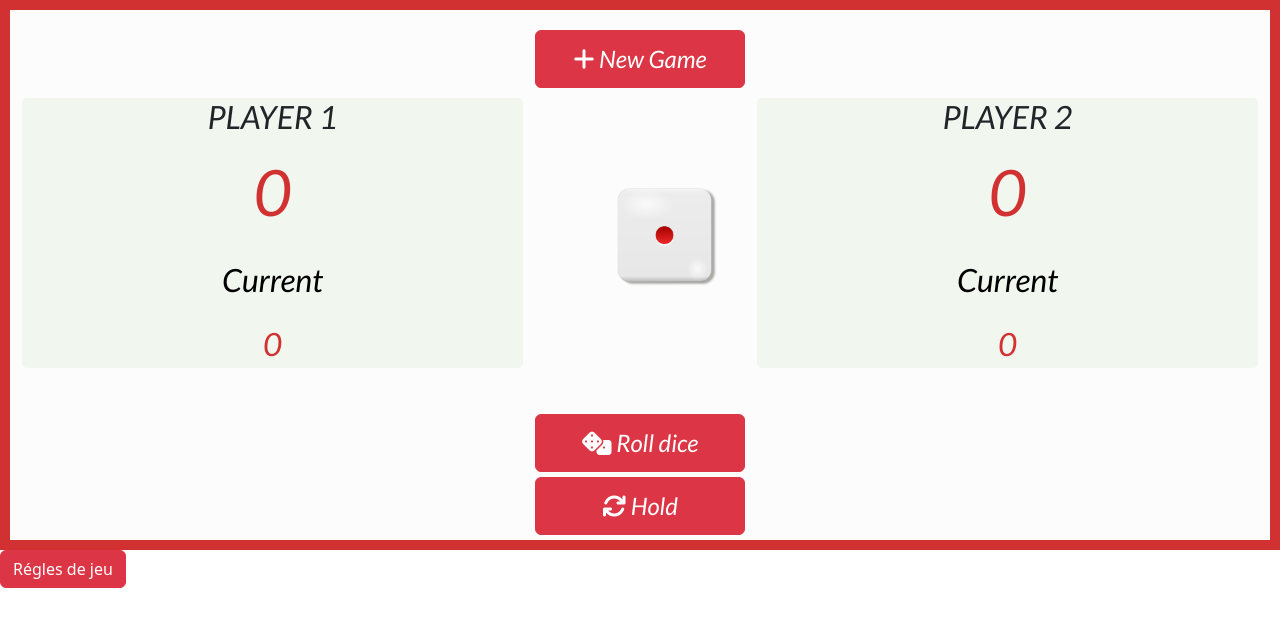
Repository: haifabilel/Eval_JAVASCRIPT
Page: index.html
An editor plug-in stored every save of this project. The page is shown before and after the next save, followed by the edit.
The browser window is 1280 px wide. The pictures show the whole page.
Some web libraries are served in a nearby version.

Above is the page before, as saved 2023-06-06 17:54:46.

### index.html
<!DOCTYPE html>
<html lang="fr">
<head>
    <meta charset="UTF-8">
    <meta http-equiv="X-UA-Compatible" content="IE=edge">
    <meta name="viewport" content="width=device-width, initial-scale=1.0">
    <title>GameEval</title>
    <!-- Bootstrap -->
    <link href="https://cdn.jsdelivr.net/npm/bootstrap@5.3.0-alpha3/dist/css/bootstrap.min.css" rel="stylesheet" integrity="sha384-KK94CHFLLe+nY2dmCWGMq91rCGa5gtU4mk92HdvYe+M/SXH301p5ILy+dN9+nJOZ" crossorigin="anonymous">
    <!-- Bootstrap icons CSS -->
    <link rel="stylesheet" href="https://cdn.jsdelivr.net/npm/bootstrap-icons@1.6.1/font/bootstrap-icons.css">
    <!-- font awesome cdn link-->
    <link rel="stylesheet" href="https://cdnjs.cloudflare.com/ajax/libs/font-awesome/6.3.0/css/all.min.css" integrity="sha512-SzlrxWUlpfuzQ+pcUCosxcglQRNAq/DZjVsC0lE40xsADsfeQoEypE+enwcOiGjk/bSuGGKHEyjSoQ1zVisanQ==" crossorigin="anonymous" referrerpolicy="no-referrer">
    <!-- CSS Link -->
    <link rel="stylesheet" href="style.css">
</head>
<body>
    <div class="container-fluid" >
     <header>
         <button class="btn btn_newGame btn-danger"><i class="fa-solid fa-plus"></i> New Game</button>
    </header>
    <main>
        <div class="row">
            <!-- Player One  -->
            <div class="col-xm-12 col-md-5 mx-auto " >
                <section class="player player_0 player_active">
                    <h2 class="label" id="label_0">PLAYER 1</h2>
                    <p class="score" id="score_0" >0</p>
                    <div class="current">
                        <p class="current_label">Current</p>
                        <p class="current_score" id="current_0">0</p>
                    </div>
                </section>
            </div>
            <!-- Dice image -->
            <div class="col-xm-12 col-md-2 mx-auto">
                <img src="/asset/dice1.png" alt="imageDice" class="dice img-fluid" style="width: 100px;">
            </div>
             <!-- Player Tow  -->
             <div class="col-xm-12 col-md-5 mx-auto ">
                <section class="player player_1">
                    <h2 class="label" id="label_1">PLAYER 2</h2>
                    <p class="score" id="score_1">0</p>
                    <div class="current">
                        <p class="current_label">Current</p>
                        <p class="current_score" id="current_1">0</p>
                    </div>
                </section>
             </div>
        </div>
    </main>
    <!-- Button RollDice -->
    <div class="button_roll">
        <button class="btn btn_roll btn-danger"><i class="fa-solid fa-dice"></i> Roll dice</button>
    </div>
    <div class="button_hold">
        <button class="btn btn_hold btn-danger"><i class="fa-solid fa-arrows-rotate"></i> Hold</button>
    </div>
    </div>
    <button class="btn btn-danger" id="btnRegles">Régles de jeu</button>
    <div class="modal" tabindex="-1" role="dialog">
        <div class="modal-dialog" role="document">
          <div class="modal-content">
            <div class="modal-header">
              <h5 class="modal-title">Modal title</h5>
              <button type="button" class="close" data-dismiss="modal" aria-label="Close">
                <span aria-hidden="true">&times;</span>
              </button>
            </div>
            <div class="modal-body">
              <p>Modal body text goes here.</p>
            </div>
            <div class="modal-footer">
              <button type="button" class="btn btn-primary">Save changes</button>
              <button type="button" class="btn btn-secondary" data-dismiss="modal">Close</button>
            </div>
          </div>
        </div>
      </div>


    <script src="https://code.jquery.com/jquery-3.5.1.slim.min.js" integrity="sha384-DfXdz2htPH0lsSSs5nCTpuj/zy4C+OGpamoFVy38MVBnE+IbbVYUew+OrCXaRkfj" crossorigin="anonymous"></script>
    <script src="https://cdn.jsdelivr.net/npm/popper.js@1.16.0/dist/umd/popper.min.js" integrity="sha384-Q6E9RHvbIyZFJoft+2mJbHaEWldlvI9IOYy5n3zV9zzTtmI3UksdQRVvoxMfooAo" crossorigin="anonymous"></script>
    <script src="https://cdn.jsdelivr.net/npm/bootstrap@5.3.0-alpha3/dist/js/bootstrap.bundle.min.js" integrity="sha384-ENjdO4Dr2bkBIFxQpeoTz1HIcje39Wm4jDKdf19U8gI4ddQ3GYNS7NTKfAdVQSZe" crossorigin="anonymous"></script>
    <script src="script.js"></script>
</body>
</html>

### style.css
@import url('https://fonts.googleapis.com/css2?family=Lato:ital,wght@1,300;1,400;1,700&display=swap');
*{
    font-family: Lato;
}
.container-fluid{
    box-shadow:0.5rem 1 rem rgba(0,0,0,.5);
    background-color: #fdfcfc;
    width:100%;
    height: 100%;
    border: 10px solid  #d13131;

}
.row{
    margin-top:80px;
}
/* Playerss */
.player_0 , .player_1{
    background-color:#d7ecd451;
    text-align:center;
    border-radius:5px;
    margin-top:-70px;

}

/* Current */
.current{

    width:30%;
    font-size:1.5rem;
    border-radius:5%;
    text-align:center;
    margin-left :35%;
    color:black;
    font-size:2rem;
}
/* Scors */
.score{
    color:#d13131;
    font-size:4rem;
}
.current_score{
    color:#d13131;
    font-size:2rem;
}
/* Buttons */
.btn_roll{
    margin-left:41.5%;
    margin-top:30px;
    width:17%;
    font-size:1.5rem;
    padding:10px;

}
.btn_hold{
    padding:10px;
    margin-left:41.5%;
    margin-top:5px;
    margin-bottom:5px;
    width:17%;
    font-size:1.5rem;
}
.btn_newGame{
    margin-top:20px;
    padding: 10px;
    margin-left:41.5%;
    width:17%;
    font-size:1.5rem;
}
.btn_hold:hover{
    transform:scale(1.1);
    background-color:darkred;
    transition: 0.2s;
cursor: pointer;
}
.btn_roll:hover{
    transform:scale(1.1);
    background-color:darkred;
    transition: 0.2s;
cursor: pointer;
}
.btn_newGame:hover{
    transform:scale(1.1);
    background-color:darkred;
    transition: 0.2s;
cursor: pointer;
}

/* Image Dice */
img{
    margin:20px 70px;
}
.hidden{
    display:none;
}
.player_winn{
    background:url(/asset/golden-winners-cup_1284-18399.avif);
    background-size: cover;
    background-position:center;


}
.player_winn1{
    background-color:rgba(228, 129, 129, 0.384);
}
#btnCondition{
    margin-top:30px;
}
/* Mode mobile */
@media screen and (max-width:576px){
    h2{
        font-size:2rem;
    }
    .player_1{
        margin-top:10px;
    }
    .score{
        color:#d13131;
        font-size:2rem;
        margin-top:-10px;
    }
    .current_score{
        margin-top:-10px;
        font-size:1.5rem;
    }
    img{
        width:20px;
        margin-left:37%;
        margin-top:0;
    }
    .btn_roll, .btn_hold, .btn_newGame{
        width:60%;
        padding:5px;
        margin-left:20%;
        margin-top: 5px;
    }
    .current{
        font-size:1.5rem;
        margin-top:-20px;
    }
    #btnCondition{
        display:none;
    }



}

### script.js
//Players
const playerOne = document.getElementById('player_0');
const playerTow = document.getElementById('player_1');
//Score
const score0 = document.getElementById('score_0');
const score1 = document.getElementById('score_1');
//Dice
const dice = document.querySelector('.dice');
//buttons
const buttonRoll = document.querySelector('.btn_roll');
const buttonHold = document.querySelector('.btn_hold');
const buttonNewGame = document.querySelector('.btn_newGame');
//Current
const current0 = document.getElementById('current_0');
const current1 = document.getElementById('current_1');

score0.textContent = 0 ;
score1.textContent = 0 ;


let scores = [0 , 0]
let activePlayer = 0 ;
let currentScore = 0 ;

const switchPlayer = function(){
    document.getElementById(`current_${activePlayer}`).textContent = 0;
    document.querySelector(`.player_${activePlayer}`).classList.remove('player_winn1');
    activePlayer = activePlayer === 0 ? 1 : 0;
    currentScore = 0;
    playerOne.classList.toggle("player_active");
    playerTow.classList.toggle("player_active");




}
//buttonRoll
buttonRoll.addEventListener("click", function() {
    dice.classList.remove("hidden");



    //Generate number 1 to 6
    const diceRandom = Math.floor(Math.random() * 6) + 1;
    dice.src =`/asset/dice${diceRandom}.png`

//   Sound game
const audio = new Audio('/asset/programmation-web_de-2_asset_son.mp3');

const lanseSon = function() {
    audio.play()
}
audio.addEventListener('canplaythrough', lanseSon);

//Rolled
if(diceRandom !==1){
    currentScore += diceRandom;
    document.getElementById(`current_${activePlayer}`).textContent = currentScore;
    document.querySelector(`.player_${activePlayer}`).classList.add('player_winn1');

}else{
    //Switch Player
    switchPlayer();
}
});
//ButtonHold
buttonHold.addEventListener('click',function(){
    scores[activePlayer] += currentScore;
    document.querySelector(`.player_${activePlayer}`).classList.remove('player_winn1');
    document.getElementById(`score_${activePlayer}`).textContent = scores[activePlayer];



    if(scores[activePlayer] >=100){
        document.querySelector(`.player_${activePlayer}`).classList.add('player_winn');
        const audio = new Audio('/asset/tadaa-47995.mp3');

        const lanseSon1 = function() {
            audio.play()
        }
        audio.addEventListener('canplaythrough', lanseSon1);


    }else{
        switchPlayer();
    }
});
//  Button NewGame
buttonNewGame.addEventListener ('click',function(){
    document.location.reload()
 })

After the next save:
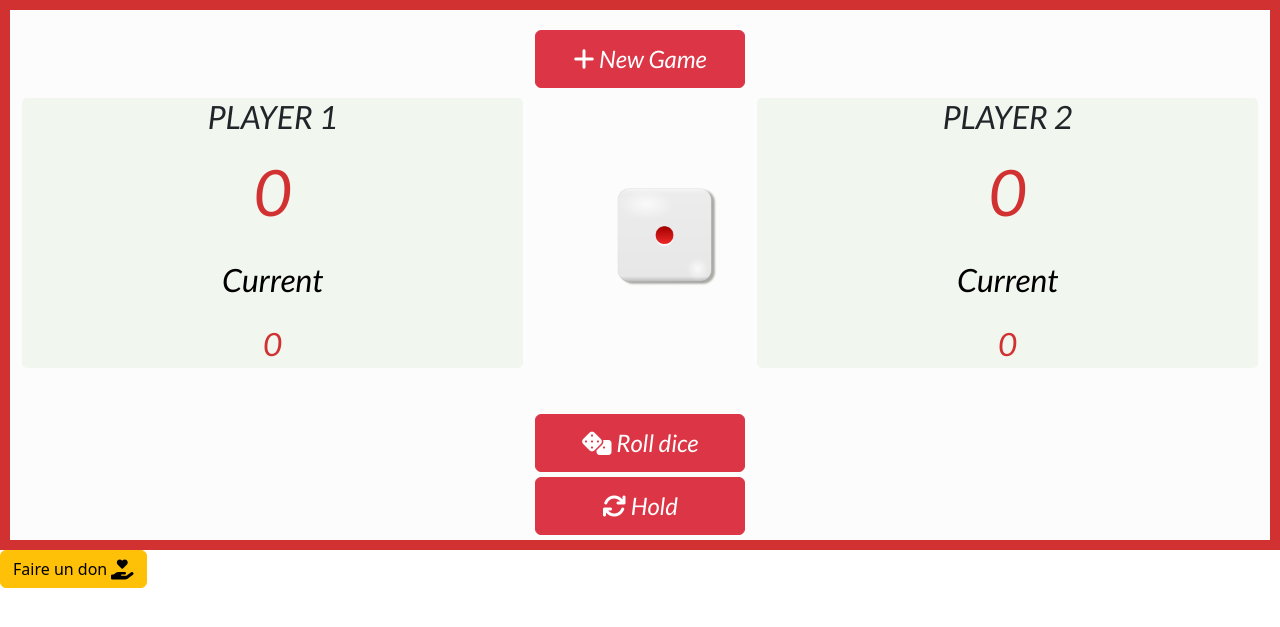
Saved 105 s later.
--- a/index.html
+++ b/index.html
@@ -57,7 +57,8 @@
         <button class="btn btn_hold btn-danger"><i class="fa-solid fa-arrows-rotate"></i> Hold</button>
     </div>
     </div>
-    <button class="btn btn-danger" id="btnRegles">Régles de jeu</button>
+    <button  type="button" class="btn btn-warning " data-bs-toggle="modal" data-bs-target="#confirmDon" >Faire un don <i class="fa-solid fa-hand-holding-heart fa-beat fa-lg"></i></button>
+</li>
     <div class="modal" tabindex="-1" role="dialog">
         <div class="modal-dialog" role="document">
           <div class="modal-content">
